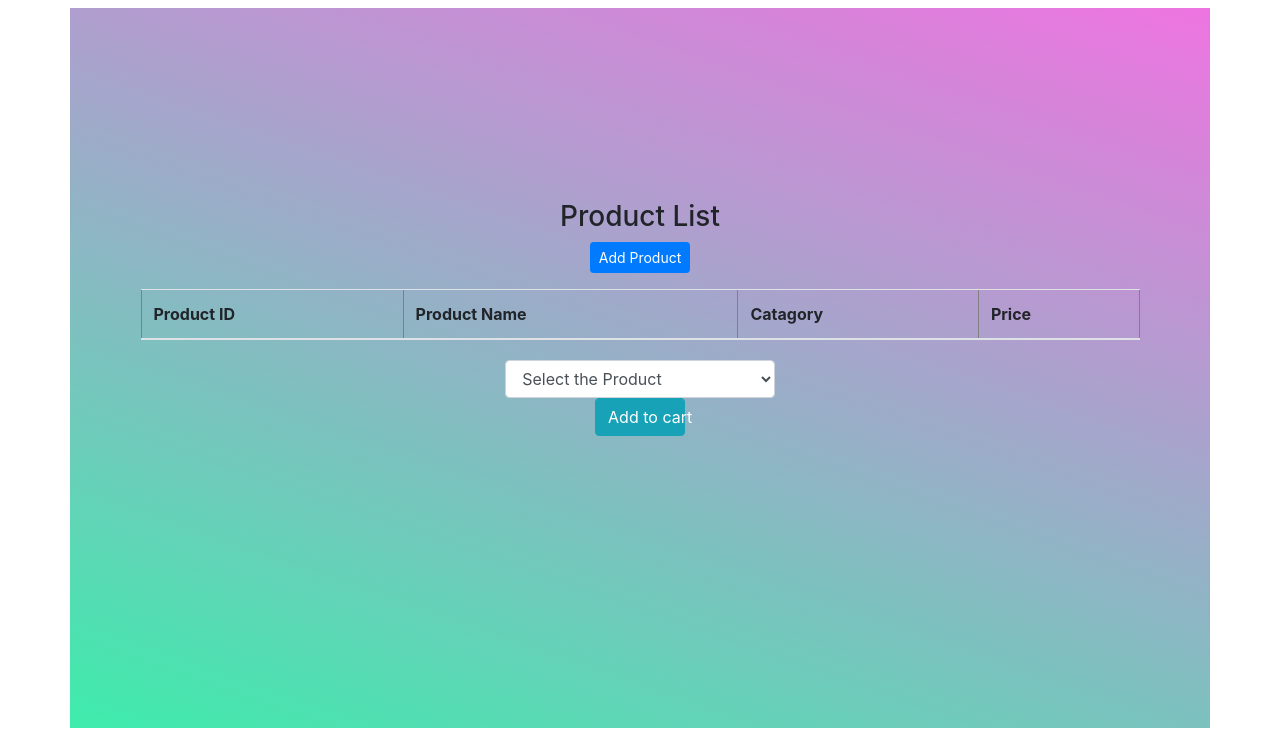
Repository: ponmalar24/Microservice_Bootcamp_SpringbootProject
Page: http://localhost/product
The author's editor kept a copy of each file at every save. The page is drawn from the files as they stood at one save, then again after the next save.
The browser window is 1280 px wide. The pictures show the whole page.
The page is this project's Thymeleaf template; nobody is signed in. The template is opened directly, without the code that normally fills it, so the values that code supplies are empty.

Above is the page before, as saved 2022-04-24 08:05:54.

### product/src/main/resources/templates/product.html
<!DOCTYPE html>
<html lang="en" xmlns:th="http://www.thymeleaf.org">

<head>
    <meta charset="ISO-8859-1">
    <title>Grocery Shop</title>
    <link rel="stylesheet" href="https://stackpath.bootstrapcdn.com/bootstrap/4.1.3/css/bootstrap.min.css"
        integrity="sha384-MCw98/SFnGE8fJT3GXwEOngsV7Zt27NXFoaoApmYm81iuXoPkFOJwJ8ERdknLPMO" crossorigin="anonymous">
        <link rel"stylesheet" href="./style.css" >
<style>
.container{
	background-color: #3EECAC;
background-image: linear-gradient(19deg, #3EECAC 0%, #EE74E1 100%);
height:100vh;
width:100vw;
display:flex;
flex-direction:column;
justify-content:center;
align-items:center;

}

.dropdown {
	width:60%
}

#qty{
	height:40px;
	border-radius:10px;
	width:50%;
	border-style:none;
}
.button {
	border-radius:10px;
	width:40%;
}

</style>
</head>

<body>
    <div class="container my-2" align="center">

        <h3>Product List</h3>
        <a th:href="@{product/addproduct}" class="btn btn-primary btn-sm mb-3">Add Product</a>
        <table style="width:90%" border="1" class="table table-striped table-responsive-md">
            <thead>
                <tr>
                    <th>Product ID</th>
                    <th>Product Name</th>
                    <th>Catagory</th>
                    <th>Price</th>
                </tr>
            </thead>
            <tbody>
                <tr th:each="product : ${product}">
                    <td th:text="${product.id}">ID</td>
                    <td th:text="${product.productname}">productname</td>
                    <td th:text="${product.catagory}">catagory</td>
                    <td th:text="${product.price}">>price</td>
                    <td> <a th:href="@{/product/showFormForUpdate/{id}(id=${product.id})}" class="btn btn-primary">Update</a>
                        <a th:href="@{/product/deleteProduct/{id}(id=${product.id})}" class="btn btn-danger">Delete</a>
                    </td>
                </tr>
            </tbody>
        </table>
 <div class="col-lg-3 dropdown p-1" modelAttribute="${cart}">
<form th:action="@{/product/cart}" id="form"
			method="GET">
	<select class="form-control" id="id" name="product_id" >
        <option value="product">Select the Product</option>
        <option th:each="product : ${product}"
                th:value="${product.productname}"
                th:text="${product.productname} "></option>
    </select>
<button type="submit" class="btn btn-info col-4">Add
				to cart</button> </form>
</body>
<script >
let formEl = document.getElementById("form")
let selected = document.getElementById("status")
formEl.addEventListener("submit",()=>{
	console.log(selected.value)
})



</script>

</html>

After the next save:
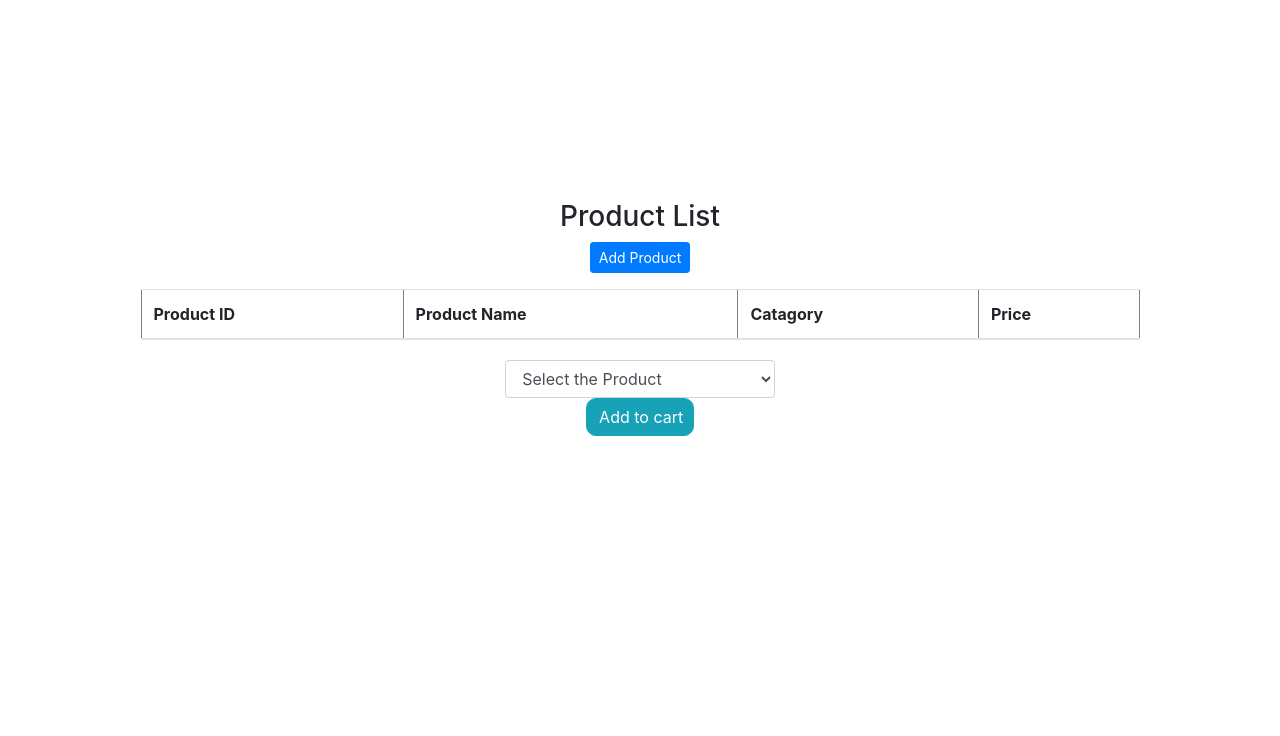
Saved 62 s later.
--- a/product/src/main/resources/templates/product.html
+++ b/product/src/main/resources/templates/product.html
@@ -9,8 +9,6 @@
         <link rel"stylesheet" href="./style.css" >
 <style>
 .container{
-	background-color: #3EECAC;
-background-image: linear-gradient(19deg, #3EECAC 0%, #EE74E1 100%);
 height:100vh;
 width:100vw;
 display:flex;
@@ -73,7 +71,7 @@ align-items:center;
                 th:value="${product.productname}"
                 th:text="${product.productname} "></option>
     </select>
-<button type="submit" class="btn btn-info col-4">Add
+<button type="submit" class="btn btn-info button">Add
 				to cart</button> </form>
 </body>
 <script >
